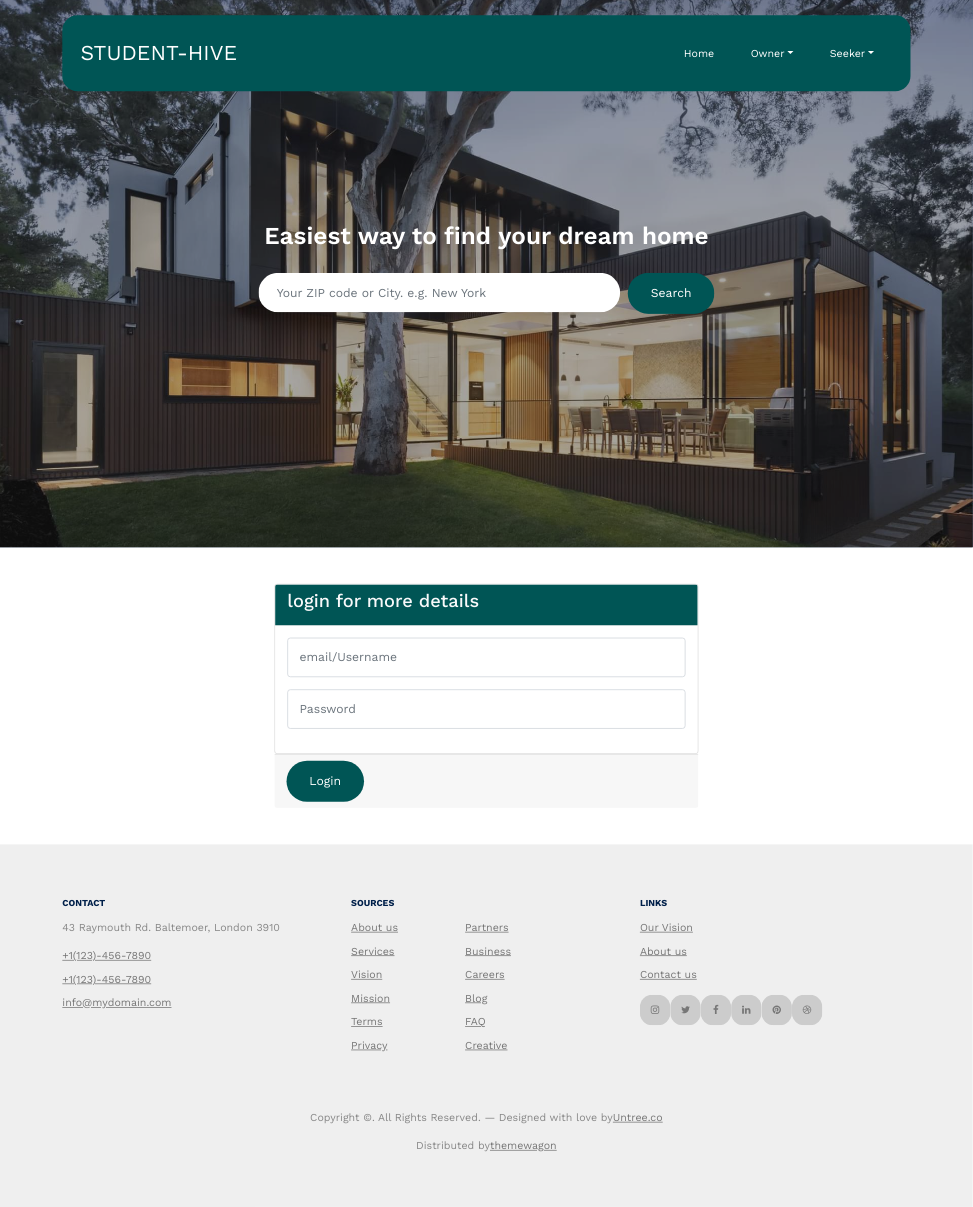
Repository: Farhan0021/Rentalproject
Page: /seeker/login (app in front/)
The author's editor kept a copy of each file at every save. The page is drawn from the files as they stood at one save, then again after the next save.
The browser window is 1280 px wide. The pictures show the whole page, at 76% of full size.
The project was rebuilt for these pictures with package versions that can differ from the ones it lists, and the page was loaded fresh each time. Also part of the build but not shown: front/vite.config.js, front/src/pages/Home.jsx, front/src/schema/SeekerSignupSchema.jsx, front/src/pages/seekers/Signup.jsx, front/src/pages/owner/Login.jsx, front/src/schema/OwnerSignupSchema.jsx, front/src/pages/owner/Signup.jsx, front/src/pages/Details.jsx.

Above is the page before, as saved 2025-05-01 15:40:58.
Console error: TypeError: Cannot read properties of null (reading 'style')

### front/index.html
<!doctype html>
<html lang="en">
  <head>
    <meta charset="UTF-8" />
    <link rel="icon" type="image/svg+xml" href="/vite.svg" />
    <meta name="viewport" content="width=device-width, initial-scale=1.0" />
    <title>Vite + React</title>
    <link rel="preconnect" href="https://fonts.googleapis.com" />
    <link rel="preconnect" href="https://fonts.gstatic.com" crossorigin />
    <link
      href="https://fonts.googleapis.com/css2?family=Work+Sans:wght@400;500;600;700&display=swap"
      rel="stylesheet"
    />

    <link rel="stylesheet" href="/Assets/fonts/icomoon/style.css" />
    <link rel="stylesheet" href="/Assets/fonts/flaticon/font/flaticon.css" />

    <link rel="stylesheet" href="/Assets/css/tiny-slider.css" />
    <link rel="stylesheet" href="/Assets/css/aos.css" />
    <link rel="stylesheet" href="/Assets/css/style.css" />

    <link rel="stylesheet" href="https://cdnjs.cloudflare.com/ajax/libs/font-awesome/6.7.2/css/all.min.css" integrity="sha512-Evv84Mr4kqVGRNSgIGL/F/aIDqQb7xQ2vcrdIwxfjThSH8CSR7PBEakCr51Ck+w+/U6swU2Im1vVX0SVk9ABhg==" crossorigin="anonymous" referrerpolicy="no-referrer" />


  </head>
  <body>
    <div id="root"></div>
    <script type="module" src="/src/main.jsx"></script>

    <script src="/Assets/js/bootstrap.bundle.min.js"></script>
    <script src="/Assets/js/tiny-slider.js"></script>
    <script src="/Assets/js/aos.js"></script>
    <script src="/Assets/js/navbar.js"></script>
    <script src="/Assets/js/counter.js"></script>
    <script src="/Assets/js/custom.js"></script>
  </body>
  </body>
</html>

### front/src/main.jsx
import { StrictMode } from 'react'
import { createRoot } from 'react-dom/client'
import App from './App'
import { BrowserRouter } from 'react-router-dom'


createRoot(document.getElementById('root')).render(
  <StrictMode>
    <BrowserRouter>
    <App />
    </BrowserRouter>
  </StrictMode>,
)

### front/src/App.jsx
import React from 'react'
import HeaderNew from './components/HeaderNew'
import Slider from './components/Slider'
import Footer from './components/Footer'
import AllRoutes from './routes/AllRoutes'

const App = () => {
  return (
    <>

    {/* <Header/> */}
    <HeaderNew/>
    <Slider/>
    <AllRoutes/>
    <Footer/>

     </>
  )
}

export default App

### front/src/components/HeaderNew.jsx
import React from'react'
import {NavLink} from 'react-router-dom'

const HeaderNew = () => {
    return (

    <div className="container fixed-top" style={{top:"20px" }}>
     <nav className='navbar navbar-expand-sm navbar-dark bg-green p-4' style={{borderRadius : "20px"}}>
          <NavLink className="navbar-brand" style={{fontSize : "28px"}} to='/'>STUDENT-HIVE</NavLink>
              <button className='navbar-toggler' data-bs-toggle="collapse" data-bs-target="#menu">
                 <span className='navbar-toggler-icon'></span>
              </button>
         <div className='collapse navbar-collapse justify-content-end' id='menu'>
             <ul className='nav navbar-nav'>

                  <li className='nav-item '>
                     <NavLink className="nav-link px-4 " to="/">Home</NavLink>
                    </li>
                <li className='nav-item dropdown'>
                        <a data-bs-toggle="dropdown" className="nav-link px-4 dropdown-toggle" href="#">Owner</a>
                        <div className="dropdown-menu" >
                            <NavLink className="dropdown-item" to="/owner/login">Login</NavLink>
                            <NavLink className="dropdown-item" to="/owner/signup">SignUp</NavLink>
                        </div>

                    </li>


                    <li className='nav-item dropdown'>
                        <a data-bs-toggle="dropdown" className="nav-link px-4 dropdown-toggle" href="#">Seeker</a>
                        <div className="dropdown-menu" >
                            <NavLink className="dropdown-item" to="/seeker/login">Login</NavLink>
                            <NavLink className="dropdown-item" to="/seeker/signup">SignUp</NavLink>
                        </div>

                    </li>


                </ul>
             </div>

             </nav>
       </div>
    )
}

export default HeaderNew

### front/src/components/Slider.jsx
import React from 'react'

const Slider = () => {
    return (
        <div className="hero">
        <div className="hero-slide">
          <div
            className="img overlay"
            style={{backgroundImage: "url('/Assets/images/hero_bg_3.jpg')"}}
          ></div>

        </div>

        <div className="container">
          <div className="row justify-content-center align-items-center">
            <div className="col-lg-9 text-center">
              <h1 className="heading" data-aos="fade-up">
                Easiest way to find your dream home
              </h1>
              <form
                action="#"
                className="narrow-w form-search d-flex align-items-stretch mb-3"
                data-aos="fade-up"
                data-aos-delay="200"
              >
                <input
                  type="text"
                  className="form-control px-4"
                  placeholder="Your ZIP code or City. e.g. New York"
                />
                <button type="submit" className="btn btn-primary">Search</button>
              </form>
            </div>
          </div>
        </div>
      </div>

    )
}
export default Slider

### front/src/components/Footer.jsx
import React from 'react'

const Footer = () => {
    return (
        <div className="site-footer">
        <div className="container">
          <div className="row">
            <div className="col-lg-4">
              <div className="widget">
                <h3>Contact</h3>
                <address>43 Raymouth Rd. Baltemoer, London 3910</address>
                <ul className="list-unstyled links">
                  <li><a href="tel://11234567890">+1(123)-456-7890</a></li>
                  <li><a href="tel://11234567890">+1(123)-456-7890</a></li>
                  <li>
                    <a href="mailto:info@mydomain.com">info@mydomain.com</a>
                  </li>
                </ul>
              </div>

            </div>

            <div className="col-lg-4">
              <div className="widget">
                <h3>Sources</h3>
                <ul className="list-unstyled float-start links">
                  <li><a href="#">About us</a></li>
                  <li><a href="#">Services</a></li>
                  <li><a href="#">Vision</a></li>
                  <li><a href="#">Mission</a></li>
                  <li><a href="#">Terms</a></li>
                  <li><a href="#">Privacy</a></li>
                </ul>
                <ul className="list-unstyled float-start links">
                  <li><a href="#">Partners</a></li>
                  <li><a href="#">Business</a></li>
                  <li><a href="#">Careers</a></li>
                  <li><a href="#">Blog</a></li>
                  <li><a href="#">FAQ</a></li>
                  <li><a href="#">Creative</a></li>
                </ul>
              </div>

            </div>

            <div className="col-lg-4">
              <div className="widget">
                <h3>Links</h3>
                <ul className="list-unstyled links">
                  <li><a href="#">Our Vision</a></li>
                  <li><a href="#">About us</a></li>
                  <li><a href="#">Contact us</a></li>
                </ul>

                <ul className="list-unstyled social">
                  <li>
                    <a href="#"><span className="icon-instagram"></span></a>
                  </li>
                  <li>
                    <a href="#"><span className="icon-twitter"></span></a>
                  </li>
                  <li>
                    <a href="#"><span className="icon-facebook"></span></a>
                  </li>
                  <li>
                    <a href="#"><span className="icon-linkedin"></span></a>
                  </li>
                  <li>
                    <a href="#"><span className="icon-pinterest"></span></a>
                  </li>
                  <li>
                    <a href="#"><span className="icon-dribbble"></span></a>
                  </li>
                </ul>
              </div>

            </div>

          </div>


          <div className="row mt-5">
            <div className="col-12 text-center">


              <p>
                Copyright &copy;
                <script>
                  document.write(new Date().getFullYear());
                </script>
                . All Rights Reserved. &mdash; Designed with love by
                <a href="https://untree.co">Untree.co</a>

              </p>
              <div>
                Distributed by
                <a href="https://themewagon.com/" target="_blank">themewagon</a>
              </div>
            </div>
          </div>
        </div>

      </div>

    )
}
export default Footer

### front/src/routes/AllRoutes.jsx
import React from 'react'
import { Routes, Route } from 'react-router-dom'
import {
    Home,
SeekerLogin,
SeekerSignup,
OwnerLogin,
OwnerSignup,
Details
} from '../pages'

const AllRoutes = () => {
    return(
        <>
        <Routes>
            <Route path='' element= { <Home/>}/>
            <Route path='details' element={<Details/>}/>
            <Route path='seeker/login' element={<SeekerLogin/>}/>
            <Route path='seeker/Signup' element={<SeekerSignup/>}/>

            <Route path='owner/Login' element={<OwnerLogin/>}/>
            <Route path='owner/Signup' element={<OwnerSignup/>}/>
        </Routes>

     </>

    )
}
export default AllRoutes

### front/src/pages/index.jsx
import Home from "./Home";
import SeekerLogin from "./seekers/Login"
import SeekerSignup from "./seekers/Signup";
import OwnerLogin from "./owner/Login"
import OwnerSignup from "./owner/Signup"
import Details from "./Details";

export {Home,Details,SeekerLogin,SeekerSignup,OwnerLogin,OwnerSignup};

### front/src/pages/seekers/Login.jsx
import React, { useEffect } from 'react'
import {useFormik} from 'formik'
import LoginSchema from '../../schema/LoginSchema';

const Login = () => {
  useEffect(()=>{
    window.scroll(0,0);
  },[])

  let loginFrm = useFormik({
    validationSchema : LoginSchema,
    initialValues :
    {
      email : "",
      password : ""
    },
    onSubmit : (formData)=>{
      console.log(formData)

    }
  })

    return (
        <div className="container" style={{minHeigh : "700px"}}>
        <form onSubmit={loginFrm.handleSubmit}>
        <div className="row"></div>
        <div className="col-md-6 offset-md-3 my-5">

         <div className="card">
            <div className="card-header bg-green">
                <h4 className='text-light'>login for more details</h4>
            </div>
            <div className="card-body">

              <div className="row">

                </div>
                <div className="col-12 mb-3">
                  <input
                    type="text"
                    className="form-control"
                    placeholder="email/Username"
                    name='email'
                    onChange={loginFrm.handleChange}
                  />
                </div>
                <div className="col-12 mb-3">
                  <input
                    type="Password"
                    className="form-control"
                    placeholder="Password"
                    name='password'
                    onChange={loginFrm.handleChange}
                  />
                </div>



              </div>

            </div>
            <div className="card-footer">
            <div className="col-12">
                  <input
                    type="submit"
                    value="Login"
                    className="btn btn-primary"
                  />
                </div>
            </div>
         </div>
         </form>
        </div>

    )
}

export default Login

### front/src/schema/LoginSchema.js
import * as YUP from 'yup';

let LoginSchema= YUP.object({
    email : YUP.string().email("Email Id is Invalid").required("Insert Your Email Id "),
    password : YUP.string().required("Insert Your Password Id ")
})

export default LoginSchema;

### front/public/Assets/css/tiny-slider.css
.tns-outer{padding:0 !important}.tns-outer [hidden]{display:none !important}.tns-outer [aria-controls],.tns-outer [data-action]{cursor:pointer}.tns-slider{-webkit-transition:all 0s;-moz-transition:all 0s;transition:all 0s}.tns-slider>.tns-item{-webkit-box-sizing:border-box;-moz-box-sizing:border-box;box-sizing:border-box}.tns-horizontal.tns-subpixel{white-space:nowrap}.tns-horizontal.tns-subpixel>.tns-item{display:inline-block;vertical-align:top;white-space:normal}.tns-horizontal.tns-no-subpixel:after{content:'';display:table;clear:both}.tns-horizontal.tns-no-subpixel>.tns-item{float:left}.tns-horizontal.tns-carousel.tns-no-subpixel>.tns-item{margin-right:-100%}.tns-no-calc{position:relative;left:0}.tns-gallery{position:relative;left:0;min-height:1px}.tns-gallery>.tns-item{position:absolute;left:-100%;-webkit-transition:transform 0s, opacity 0s;-moz-transition:transform 0s, opacity 0s;transition:transform 0s, opacity 0s}.tns-gallery>.tns-slide-active{position:relative;left:auto !important}.tns-gallery>.tns-moving{-webkit-transition:all 0.25s;-moz-transition:all 0.25s;transition:all 0.25s}.tns-autowidth{display:inline-block}.tns-lazy-img{-webkit-transition:opacity 0.6s;-moz-transition:opacity 0.6s;transition:opacity 0.6s;opacity:0.6}.tns-lazy-img.tns-complete{opacity:1}.tns-ah{-webkit-transition:height 0s;-moz-transition:height 0s;transition:height 0s}.tns-ovh{overflow:hidden}.tns-visually-hidden{position:absolute;left:-10000em}.tns-transparent{opacity:0;visibility:hidden}.tns-fadeIn{opacity:1;filter:alpha(opacity=100);z-index:0}.tns-normal,.tns-fadeOut{opacity:0;filter:alpha(opacity=0);z-index:-1}.tns-vpfix{white-space:nowrap}.tns-vpfix>div,.tns-vpfix>li{display:inline-block}.tns-t-subp2{margin:0 auto;width:310px;position:relative;height:10px;overflow:hidden}.tns-t-ct{width:2333.3333333%;width:-webkit-calc(100% * 70 / 3);width:-moz-calc(100% * 70 / 3);width:calc(100% * 70 / 3);position:absolute;right:0}.tns-t-ct:after{content:'';display:table;clear:both}.tns-t-ct>div{width:1.4285714%;width:-webkit-calc(100% / 70);width:-moz-calc(100% / 70);width:calc(100% / 70);height:10px;float:left}

### front/public/Assets/js/custom.js
(function () {

	'use strict'


	AOS.init({
		duration: 800,
		easing: 'slide',
		once: true
	});

	var preloader = function() {

		var loader = document.querySelector('.loader');
		var overlay = document.getElementById('overlayer');

		function fadeOut(el) {
			el.style.opacity = 1;
			(function fade() {
				if ((el.style.opacity -= .1) < 0) {
					el.style.display = "none";
				} else {
					requestAnimationFrame(fade);
				}
			})();
		};

		setTimeout(function() {
			fadeOut(loader);
			fadeOut(overlay);
		}, 200);
	};
	preloader();


	var tinySdlier = function() {

		var heroSlider = document.querySelectorAll('.hero-slide');
		var propertySlider = document.querySelectorAll('.property-slider');
		var imgPropertySlider = document.querySelectorAll('.img-property-slide');
		var testimonialSlider = document.querySelectorAll('.testimonial-slider');


		if ( heroSlider.length > 0 ) {
			var tnsHeroSlider = tns({
				container: '.hero-slide',
				mode: 'carousel',
				speed: 700,
				autoplay: true,
				controls: false,
				nav: false,
				autoplayButtonOutput: false,
				controlsContainer: '#hero-nav',
			});
		}


		if ( imgPropertySlider.length > 0 ) {
			var tnsPropertyImageSlider = tns({
				container: '.img-property-slide',
				mode: 'carousel',
				speed: 700,
				items: 1,
				gutter: 30,
				autoplay: true,
				controls: false,
				nav: true,
				autoplayButtonOutput: false
			});
		}

		if ( propertySlider.length> 0 ) {
			var tnsSlider = tns({
				container: '.property-slider',
				mode: 'carousel',
				speed: 700,
				gutter: 30,
				items: 3,
				autoplay: true,
				autoplayButtonOutput: false,
				controlsContainer: '#property-nav',
				responsive: {
					0: {
						items: 1
					},
					700: {
						items: 2
					},
					900: {
						items: 3
					}
				}
			});
		}


		if ( testimonialSlider.length> 0 ) {
			var tnsSlider = tns({
				container: '.testimonial-slider',
				mode: 'carousel',
				speed: 700,
				items: 3,
				gutter: 50,
				autoplay: true,
				autoplayButtonOutput: false,
				controlsContainer: '#testimonial-nav',
				responsive: {
					0: {
						items: 1
					},
					700: {
						items: 2
					},
					900: {
						items: 3
					}
				}
			});
		}
	}
	tinySdlier();



})()

Loaded but not shown: front/public/Assets/fonts/icomoon/style.css (common file); front/public/Assets/fonts/flaticon/font/flaticon.css (common file); front/public/Assets/css/aos.css (library); front/public/Assets/css/style.css (library); front/public/Assets/js/bootstrap.bundle.min.js (library); front/public/Assets/js/aos.js (library); front/public/Assets/js/tiny-slider.js (3208 lines, source omitted); front/public/Assets/js/navbar.js (90 lines, source omitted); front/public/Assets/js/counter.js (88 lines, source omitted)

After the next save:
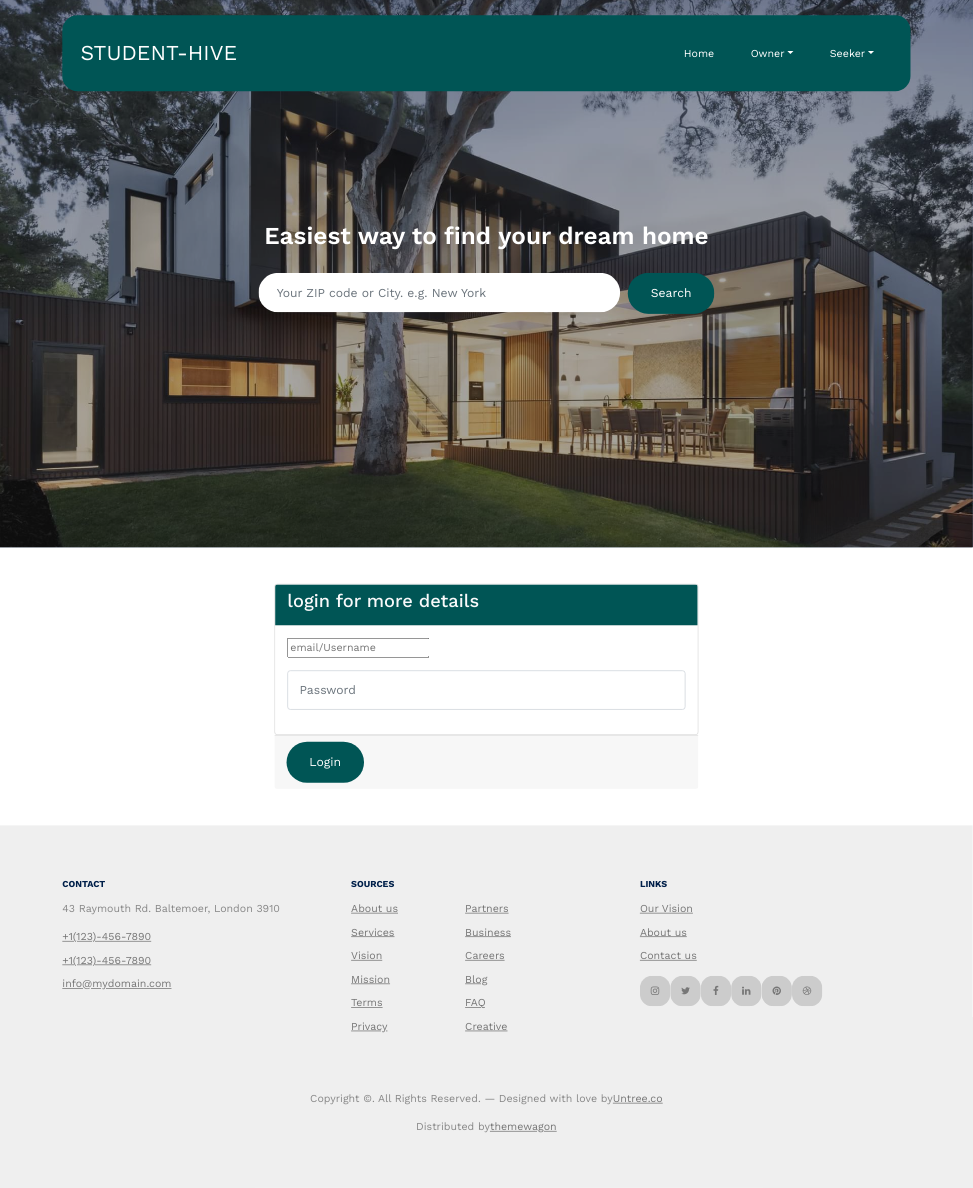
Saved 3 min 23 s later.
--- a/front/src/pages/seekers/Login.jsx
+++ b/front/src/pages/seekers/Login.jsx
@@ -38,7 +38,7 @@
                 <div className="col-12 mb-3">
                   <input
                     type="text"
-                    className="form-control"
+                    className={"form-control"+(loginFrm.errors.email)}
                     placeholder="email/Username"
                     name='email'
                     onChange={loginFrm.handleChange}

After the 2 saves that followed:
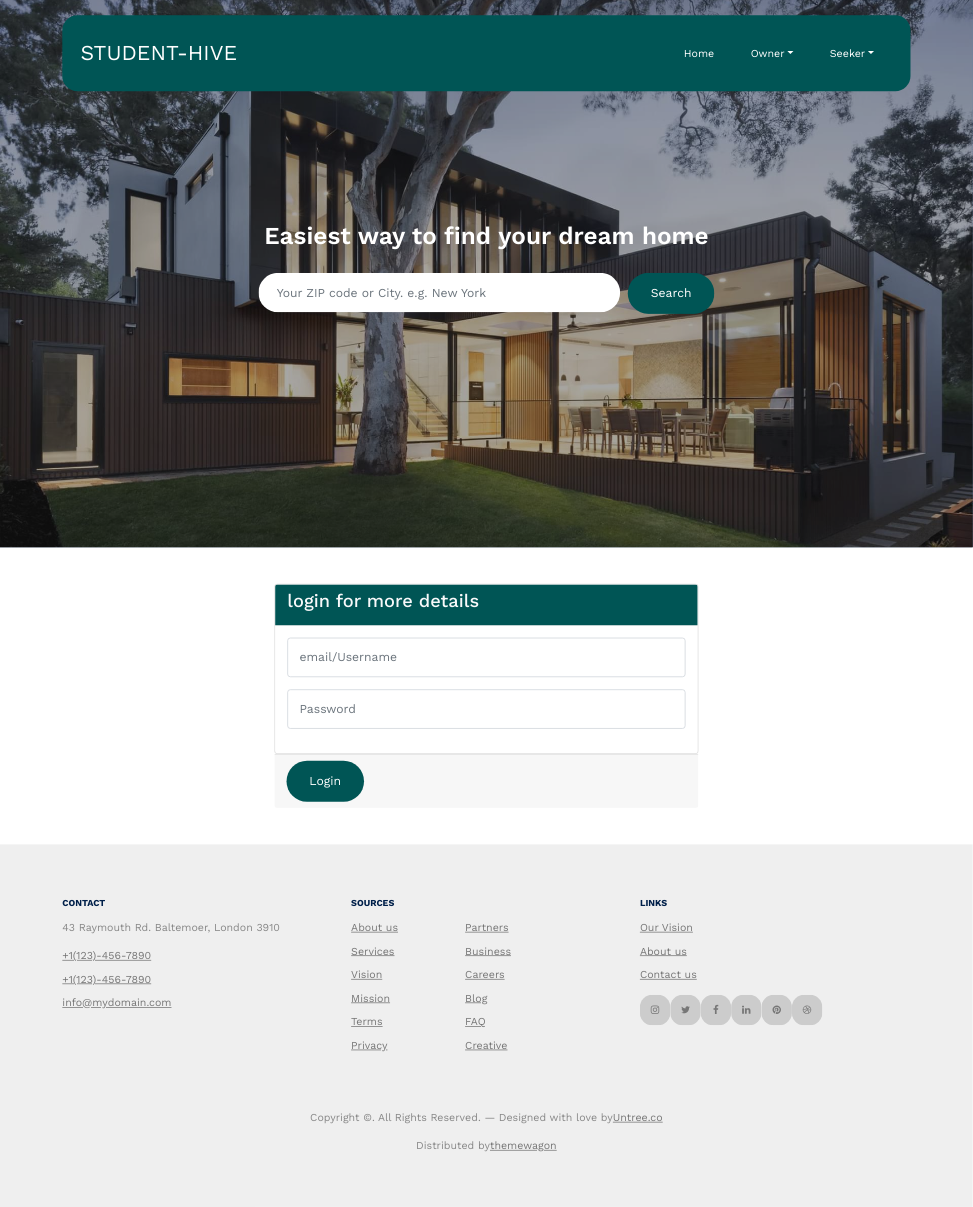
The 2 saves are shown as one change because 1 did not build or start.
The last was saved 5 min 14 s later.
--- a/front/src/pages/seekers/Login.jsx
+++ b/front/src/pages/seekers/Login.jsx
@@ -38,7 +38,7 @@
                 <div className="col-12 mb-3">
                   <input
                     type="text"
-                    className={"form-control"+(loginFrm.errors.email)}
+                    className={"form-control"+ (loginFrm.errors.email && loginFrm.touched.email ? 'is-invalid' : '')}
                     placeholder="email/Username"
                     name='email'
                     onChange={loginFrm.handleChange}
